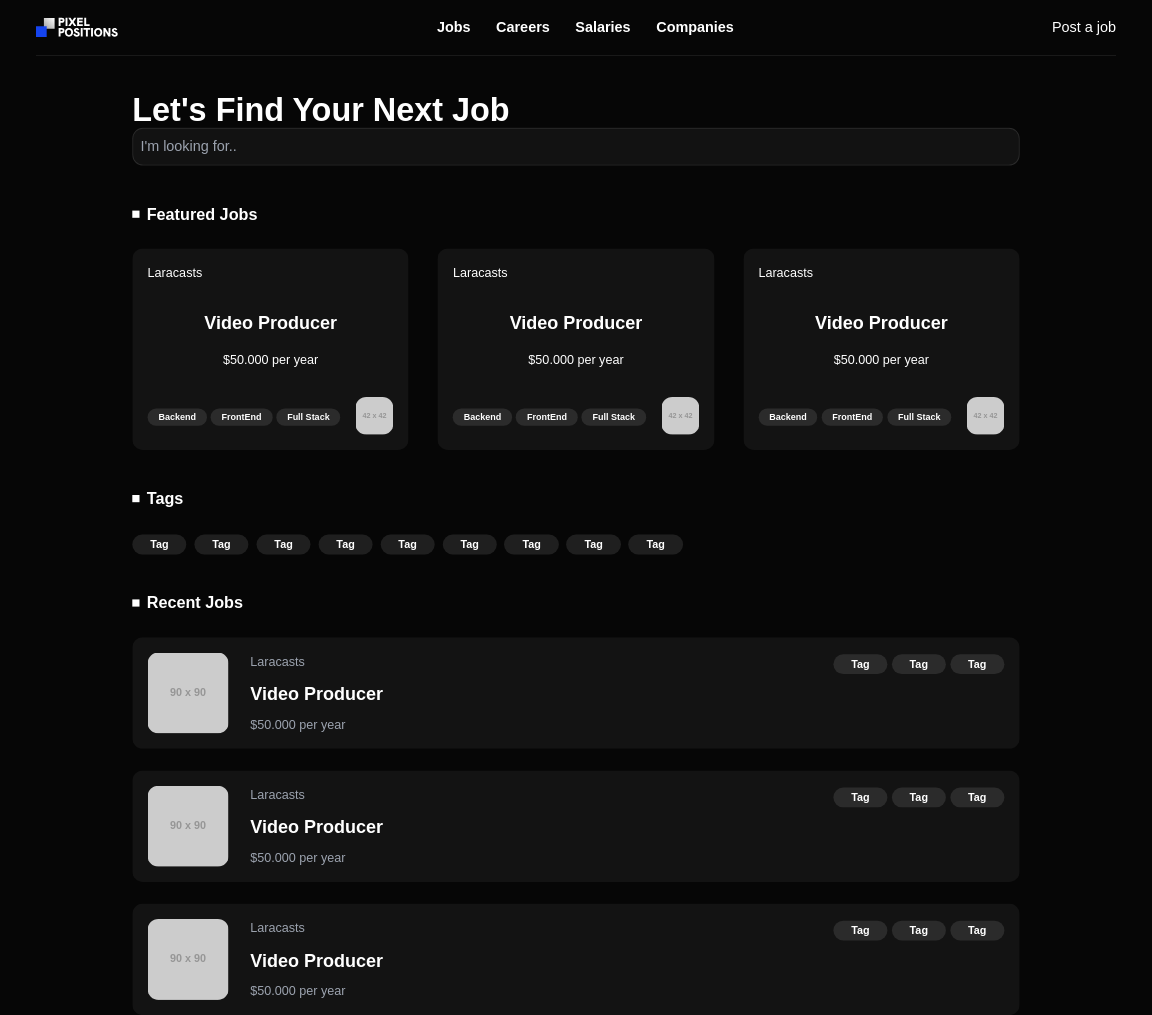
Repository: aggepap/pixel-positions-laravel
Page: http://localhost/
The author's editor kept a copy of each file at every save. The page is drawn from the files as they stood at one save, then again after the next save.
The browser window is 1280 px wide. The pictures show the whole page, at 90% of full size.
Some web fonts or font styles are not loaded; a fallback is used. The page is served by the project's Laravel application, run on PHP 8.4 with Laravel 12. Other server files are loaded and not shown. Style sheets and scripts are compiled from the project's sources, by tool versions that may differ from the author's.

Above is the page before, as saved 2025-02-21 23:54:18.

### resources/views/welcome.blade.php
<x-layout>
    <div class="space-y-10">

        <section>
            <h1 class="font-bold text-4xl">Let's Find Your Next Job</h1>
            <form action="">
                <input type="text" placeholder="I'm looking for.." class="w-full bg-white/5 rounded-xl border border-white/10 p-2">
            </form>
        </section>

    <section>
      <x-section-heading>Featured Jobs</x-section-heading>
        <div class="grid lg:grid-cols-3 gap-8 mt-6">   <x-job-card />
            <x-job-card />
            <x-job-card />
        </div>

    </section>
    <section>
       <x-section-heading>Tags</x-section-heading>

       <div class="mt-6 space-x-1">
        <x-tag>Tag</x-tag>
        <x-tag>Tag</x-tag>
        <x-tag>Tag</x-tag>
        <x-tag>Tag</x-tag>
        <x-tag>Tag</x-tag>
        <x-tag>Tag</x-tag>
        <x-tag>Tag</x-tag>
        <x-tag>Tag</x-tag>
        <x-tag>Tag</x-tag>
       </div>
    </section>
   <section>
    <x-section-heading>Recent Jobs</x-section-heading>

    <div class="mt-6 space-y-6">
        <x-job-card-wide />
        <x-job-card-wide />
        <x-job-card-wide />
        </div>
    </section>
</div>
</x-layout>

### resources/views/components/section-heading.blade.php
<div class="inline-flex items-center gap-2">
  <span class="w-2 h-2 bg-white inline-block"  ></span>
<h3 class="text-lg font-bold">

  {{$slot}}</h3></div>

### resources/views/components/job-card.blade.php
<x-panel class="flex flex-col text-center">
  <div class="self-start text-sm">Laracasts</div>
     <div class="py-8"><h3 class="group-hover:text-blue-500 transition-colors duration-300 text-xl  font-bold">Video Producer</h3>
     <p class="text-sm mt-4">$50.000 per year</p></div>
  <div class="flex justify-between items-center mt-auto">
      <div class="">
     <x-tag size="small">Backend</x-tag>
     <x-tag size="small">FrontEnd</x-tag>
     <x-tag size="small">Full Stack</x-tag>

  </div>
  <x-employer-logo :width=42></x-employer-logo>

  </div>

</x-panel>

### resources/views/components/tag.blade.php
@props(['size' => 'base'])
@php
  if($size == 'base') {
    $fontSize = 'text-xs';
    $padding = 'px-5 py-1';
  }
  if($size == 'small') {
    $fontSize = 'text-2xs';
    $padding = 'px-3 py-1';
  }
@endphp
<a href="#" class="bg-white/10  rounded-xl {{$fontSize}} {{$padding}} hover:bg-white/25 font-bold  transition-colors duration-300 ">{{$slot}}</a>

### resources/views/components/employer-logo.blade.php
@props(['width' => '90'])

<img src="https://placehold.co/{{$width}}" alt="" class="rounded-xl">

### resources/views/components/panel.blade.php
<div {{$attributes(['class'=>' p-4 bg-white/5 rounded-xl   border border-transparent hover:border-blue-800 transition-colors duration-300 cursor-pointer group'])}}>
{{$slot}}
</div>

### resources/views/components/job-card-wide.blade.php

  <x-panel class="flex gap-x-6">
  <x-employer-logo :width=90></x-employer-logo>
  <div class="flex-1 flex flex-col justify-between">

  <a href="#" class="self-start text-sm text-gray-400">Laracasts</a>
  <h3 class="font-bold text-xl mt-3 group-hover:text-blue-500 ">Video Producer</h3>
  <p class="text-sm text-gray-400 mt-auto">$50.000 per year</p>
</div>

      <div class=" ">
     <x-tag size="base">Tag</x-tag>
     <x-tag>Tag</x-tag>
     <x-tag>Tag</x-tag>

  </div>

</x-panel>

### resources/views/components/layout.blade.php
<!DOCTYPE html>
<html lang="en">
<head>
  <meta charset="UTF-8">
  <meta name="viewport" content="width=device-width, initial-scale=1.0">
  <title>Pixel Positions</title>
  <link rel="preconnect" href="https://fonts.googleapis.com">
<link rel="preconnect" href="https://fonts.gstatic.com" crossorigin>
<link href="https://fonts.googleapis.com/css2?family=Hanken+Grotesk:ital,wght@400;500;600&display=swap" rel="stylesheet">
  @vite(['resources/js/app.js', 'resources/css/app.css'])
</head>
<body class="bg-black text-white font-hanken">
  <div class="px-10">
    <nav class="flex justify-between items-center py-4 border-b border-white/10">
      <div class="">
        <a href="/"> <img src="{{Vite::asset('resources/images/logo.svg')}}" alt="Logo"></a>

      </div>
      <div class="space-x-6 font-bold"><a href="#">Jobs</a>
      <a href="#">Careers</a>
      <a href="#">Salaries</a>
       <a href="#">Companies</a>
      </div>
      <div class=""><a href="#">Post a job</a></div>
    </nav>
    <main class="mt-10 max-w-[986px] mx-auto">{{$slot}}</main>
  </div>
</body>
</html>

### resources/images/logo.svg
<svg width="92" height="29" viewBox="0 0 92 29" fill="none" xmlns="http://www.w3.org/2000/svg">
    <path fill="url(#eq4u6l1jfa)" d="M8.787 4.021h11.877v11.877H8.787z"/>
    <path fill="#1544EF" d="M0 13.107h11.877v11.877H0z"/>
    <path d="M25.16 13V3.653h3.285c2.159 0 3.245.899 3.245 2.75 0 1.863-1.113 2.842-3.245 2.842H27.25V13H25.16zm2.091-5.686h.979c.858 0 1.354-.134 1.354-.885 0-.71-.429-.845-1.354-.845h-.979v1.73zM32.846 13V3.653h2.106V13h-2.106zm2.988 0 3.044-4.64-3.057-4.707h2.521L40.34 6.9l1.998-3.246h2.508L41.788 8.36 44.846 13h-2.521l-1.998-3.124L38.355 13h-2.52zm9.872 0V3.653h6.276v1.931h-4.17v1.61h3.969v1.944h-3.97v1.931h4.17V13h-6.275zm7.936 0V3.653h2.105v7.416h3.836V13h-5.941zM25.16 24.574v-9.347h3.285c2.159 0 3.245.898 3.245 2.75 0 1.863-1.113 2.842-3.245 2.842H27.25v3.755H25.16zm2.091-5.686h.979c.858 0 1.354-.134 1.354-.885 0-.71-.429-.845-1.354-.845h-.979v1.73zm9.367 5.927c-2.71 0-4.573-1.971-4.573-4.908 0-2.95 1.864-4.921 4.573-4.921 2.735 0 4.586 1.957 4.586 4.921 0 2.95-1.878 4.908-4.586 4.908zm0-2.011c1.515 0 2.467-1.113 2.467-2.897 0-1.797-.952-2.91-2.467-2.91-1.502 0-2.468 1.086-2.468 2.91 0 1.81.966 2.897 2.468 2.897zm8.63 1.97c-1.944 0-3.472-1.166-3.754-2.95l2.092-.522c.094 1.1.764 1.609 1.703 1.609.684 0 1.247-.335 1.247-1.046 0-.43-.429-.751-1.65-1.247-1.997-.805-2.721-1.542-2.721-2.977 0-1.556 1.22-2.655 3.057-2.655 1.3 0 2.347.603 2.95 1.81l-1.743 1.086c-.282-.684-.738-1.032-1.274-1.032-.483 0-.885.308-.885.75 0 .456.362.778 1.703 1.301 2.011.778 2.655 1.449 2.655 2.776 0 1.85-1.475 3.098-3.38 3.098zm4.478-.2v-9.347h2.106v9.347h-2.106zm5.724 0v-7.416h-2.736v-1.931h7.59v1.931h-2.722v7.416H55.45zm5.735 0v-9.347h2.105v9.347h-2.105zm7.91.241c-2.71 0-4.573-1.971-4.573-4.908 0-2.95 1.864-4.921 4.573-4.921 2.735 0 4.586 1.957 4.586 4.921 0 2.95-1.878 4.908-4.586 4.908zm0-2.011c1.515 0 2.467-1.113 2.467-2.897 0-1.797-.952-2.91-2.467-2.91-1.502 0-2.468 1.086-2.468 2.91 0 1.81.966 2.897 2.468 2.897zm11.487-7.577h2.105v9.347h-2.159l-3.513-5.726v5.726h-2.106v-9.347h2.146l3.527 5.7v-5.7zm6.848 9.548c-1.945 0-3.473-1.167-3.755-2.95l2.092-.523c.094 1.1.764 1.609 1.703 1.609.684 0 1.247-.335 1.247-1.046 0-.43-.429-.751-1.65-1.247-1.997-.805-2.721-1.542-2.721-2.977 0-1.556 1.22-2.655 3.057-2.655 1.3 0 2.347.603 2.95 1.81l-1.743 1.086c-.282-.684-.738-1.032-1.274-1.032-.483 0-.885.308-.885.75 0 .456.362.778 1.703 1.301 2.011.778 2.655 1.449 2.655 2.776 0 1.85-1.475 3.098-3.38 3.098z" fill="#fff"/>
    <defs>
        <linearGradient id="eq4u6l1jfa" x1="20.5" y1="4" x2="8" y2="16.5" gradientUnits="userSpaceOnUse">
            <stop stop-color="#fff"/>
            <stop offset="1" stop-color="#999"/>
        </linearGradient>
    </defs>
</svg>

### tailwind.config.js
import defaultTheme from "tailwindcss/defaultTheme";

/** @type {import('tailwindcss').Config} */
export default {
    content: [
        "./vendor/laravel/framework/src/Illuminate/Pagination/resources/views/*.blade.php",
        "./storage/framework/views/*.php",
        "./resources/**/*.blade.php",
        "./resources/**/*.js",
        "./resources/**/*.vue",
    ],
    theme: {
        extend: {
            fontFamily: {
                sans: ["Figtree", ...defaultTheme.fontFamily.sans],
            },
            colors: {
                black: "#060606",
            },
            fontFamily: {
                hanken: ["Hanken", "sans-serif"],
            },
            fontSize: {
                "2xs": "0.625rem",
            },
        },
    },
    plugins: [],
};

Loaded but not shown: app/Providers/AppServiceProvider.php (common file); routes/web.php (common file); resources/css/app.css (common file)

After the next save:
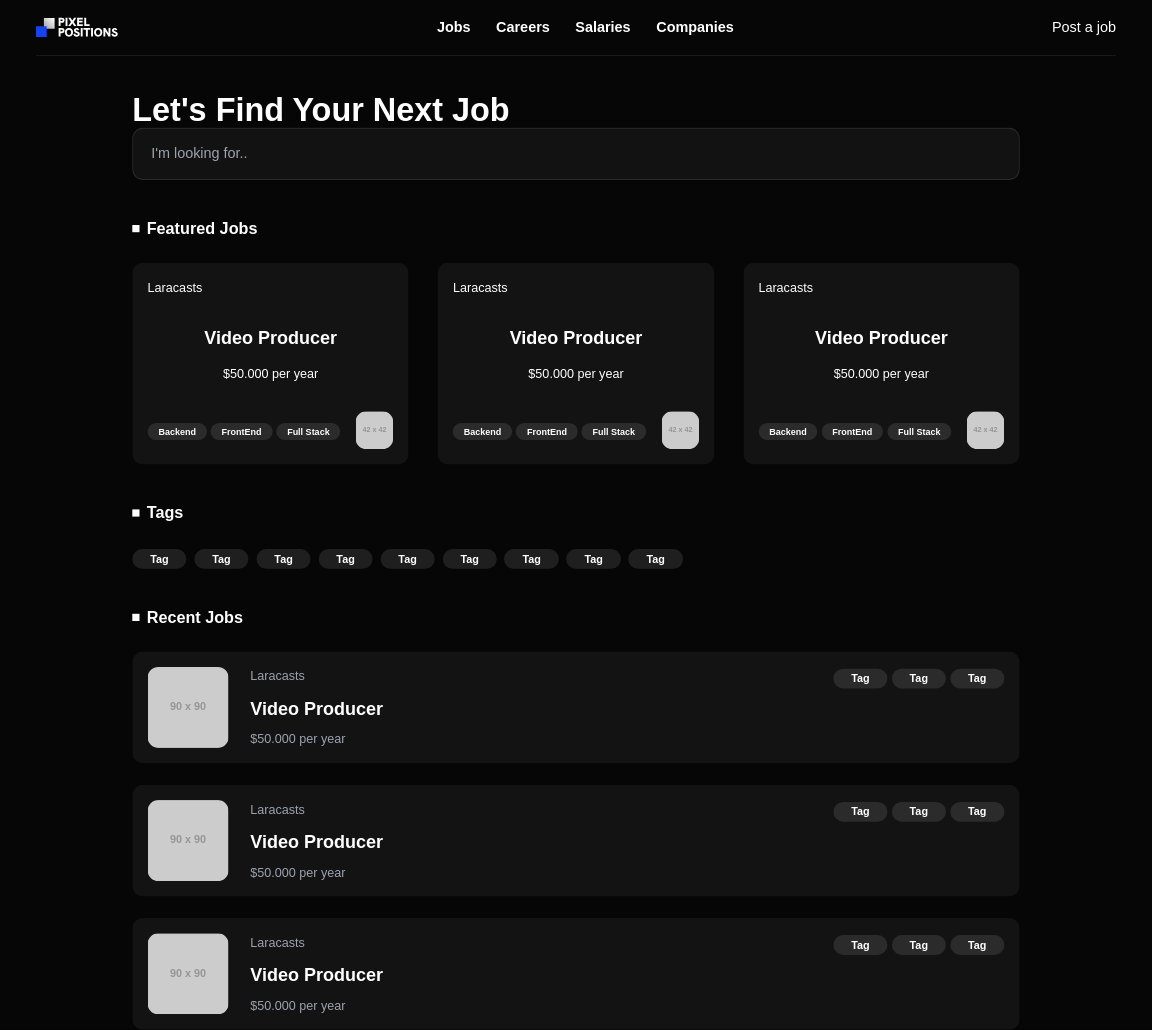
Saved 20 s later.
--- a/resources/views/welcome.blade.php
+++ b/resources/views/welcome.blade.php
@@ -4,7 +4,7 @@
         <section>
             <h1 class="font-bold text-4xl">Let's Find Your Next Job</h1>
             <form action="">
-                <input type="text" placeholder="I'm looking for.." class="w-full bg-white/5 rounded-xl border border-white/10 p-2">
+                <input type="text" placeholder="I'm looking for.." class="w-full bg-white/5 rounded-xl border border-white/10 p-2 px-5 py-4">
             </form>
         </section>
 
